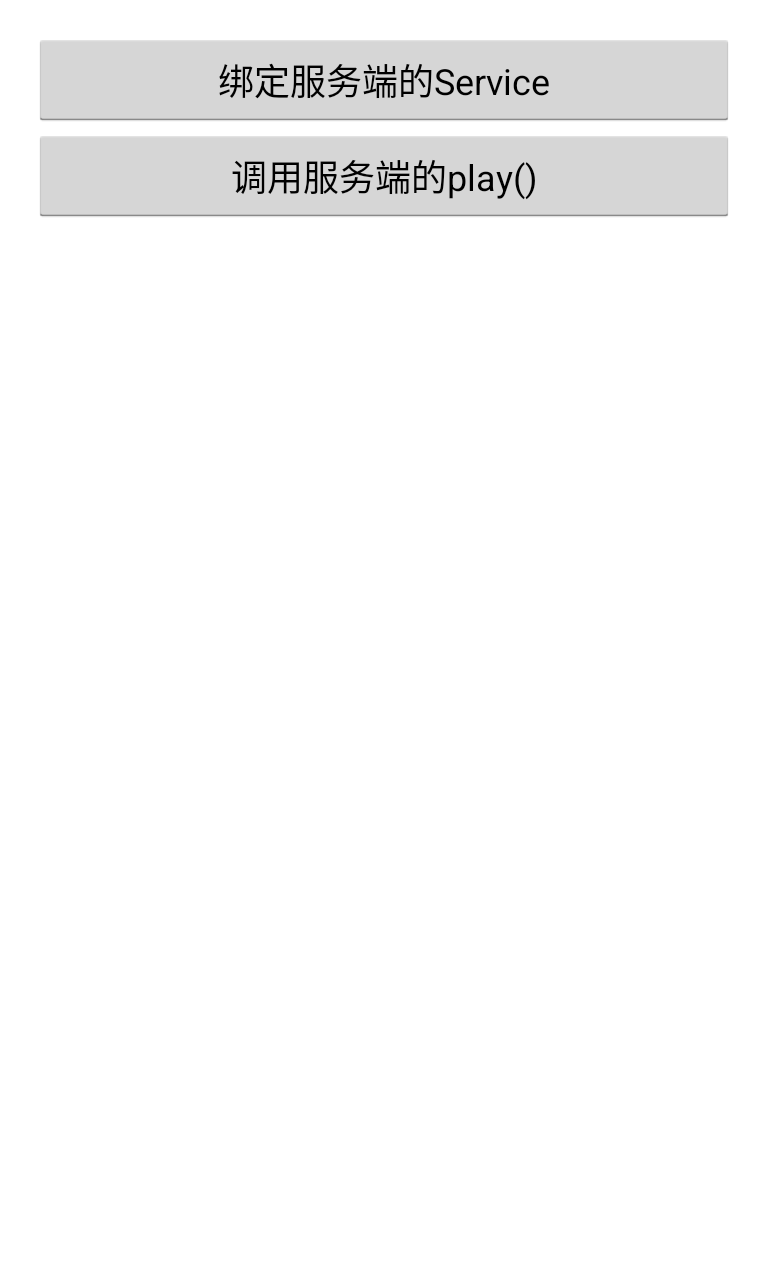
Repository: xuelang201201/Android
Layout: Android基础/跨进程绑定Service-客户端/res/layout/activity_main.xml
An editor plug-in stored every save of this project. The layout is shown before and after the next save, followed by the edit.
It is drawn on a 768 x 1280 px phone screen (xhdpi) without system bars, with theme AppTheme; the app's code is not run.

Above is the layout before, as saved 2016-02-15 11:02:30.

### Android基础/跨进程绑定Service-客户端/res/layout/activity_main.xml
<RelativeLayout xmlns:android="http://schemas.android.com/apk/res/android"
    xmlns:tools="http://schemas.android.com/tools"
    android:layout_width="match_parent"
    android:layout_height="match_parent"
    android:paddingBottom="@dimen/activity_vertical_margin"
    android:paddingLeft="@dimen/activity_horizontal_margin"
    android:paddingRight="@dimen/activity_horizontal_margin"
    android:paddingTop="@dimen/activity_vertical_margin"
    tools:context=".MainActivity" >

    <Button
        android:id="@+id/btn_bind_service"
        android:layout_width="match_parent"
        android:layout_height="wrap_content"
        android:layout_alignParentLeft="true"
        android:layout_alignParentTop="true"
        android:text="绑定服务端的Service" />

    <Button
        android:id="@+id/btn_call_play"
        android:layout_width="match_parent"
        android:layout_height="wrap_content"
        android:layout_below="@+id/btn_bind_service"
        android:layout_centerHorizontal="true"
        android:text="调用服务端的play()" />

</RelativeLayout>

Loaded but not shown: Android基础/跨进程绑定Service-客户端/res/values/styles.xml (common file); Android基础/跨进程绑定Service-客户端/res/values-v11/styles.xml (common file); Android基础/跨进程绑定Service-客户端/res/values-v14/styles.xml (common file); Android基础/跨进程绑定Service-客户端/res/values/dimens.xml (common file)

After the next save:
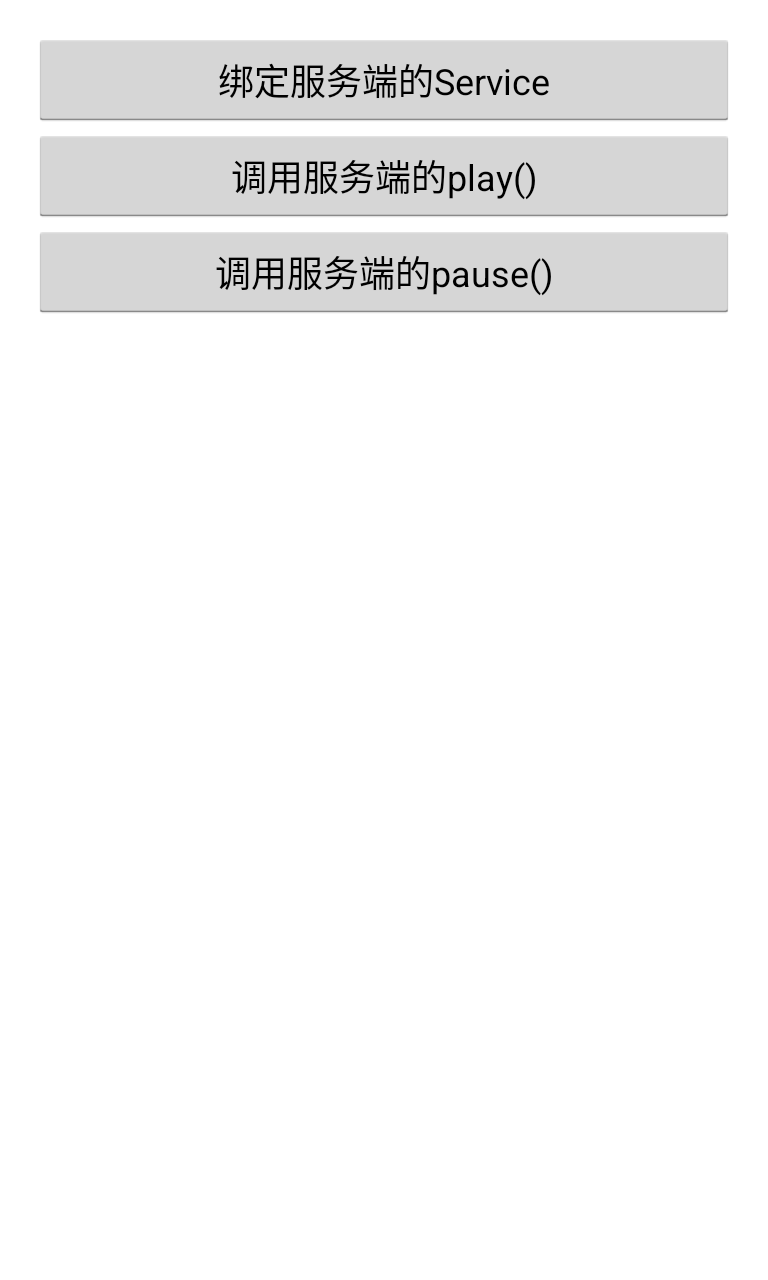
Saved 84 s later.
--- a/Android基础/跨进程绑定Service-客户端/res/layout/activity_main.xml
+++ b/Android基础/跨进程绑定Service-客户端/res/layout/activity_main.xml
@@ -17,11 +17,19 @@
         android:text="绑定服务端的Service" />
 
     <Button
+        android:id="@+id/button1"
+        android:layout_width="match_parent"
+        android:layout_height="wrap_content"
+        android:layout_alignLeft="@+id/btn_call_play"
+        android:layout_below="@+id/btn_call_play"
+        android:text="调用服务端的pause()" />
+
+    <Button
         android:id="@+id/btn_call_play"
         android:layout_width="match_parent"
         android:layout_height="wrap_content"
+        android:layout_alignLeft="@+id/btn_bind_service"
         android:layout_below="@+id/btn_bind_service"
-        android:layout_centerHorizontal="true"
         android:text="调用服务端的play()" />
 
 </RelativeLayout>
